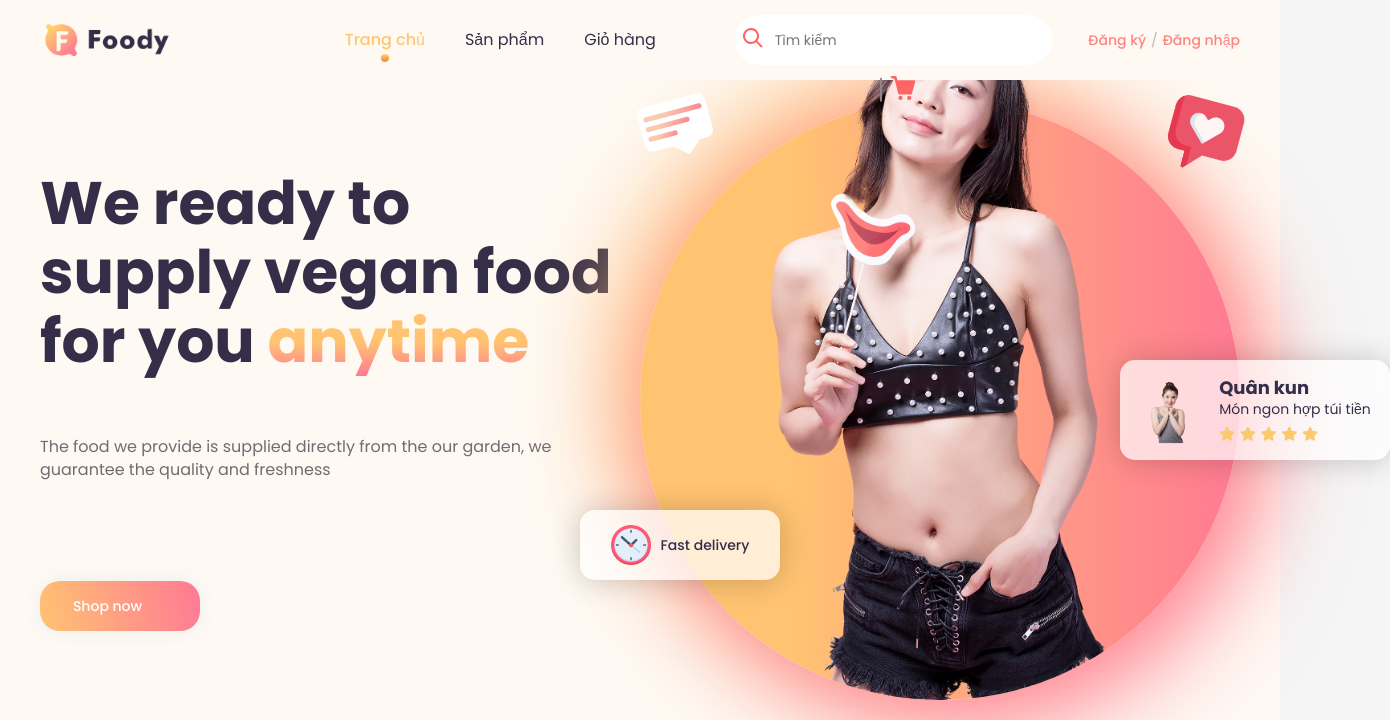
Repository: phamvuhung2710/react-ecommerce
Page: /
The author's editor kept a copy of each file at every save. The page is drawn from the files as they stood at one save, then again after the next save.
The browser window is 1280 px wide. The page is 1390 px wide, so the pictures cover 1390 px, including what lies to the right of the window. The pictures show the whole page.
The page's requests for data from a server got no answer. Some web libraries are served in a nearby version. The project was rebuilt for these pictures with package versions that can differ from the ones it lists, and the page was loaded fresh each time. No one was signed in, and anything a server would have sent is missing. Also part of the build but not shown: src/guard/AuthenticatedGuard.jsx, src/guard/UnauthenticatedGuard.jsx, src/layouts/CartLayout/CartLayout.jsx, src/layouts/RegisterLayout/RegisterLayout.jsx.

Above is the page before, as saved 2021-09-07 18:57:25.

After the next save:
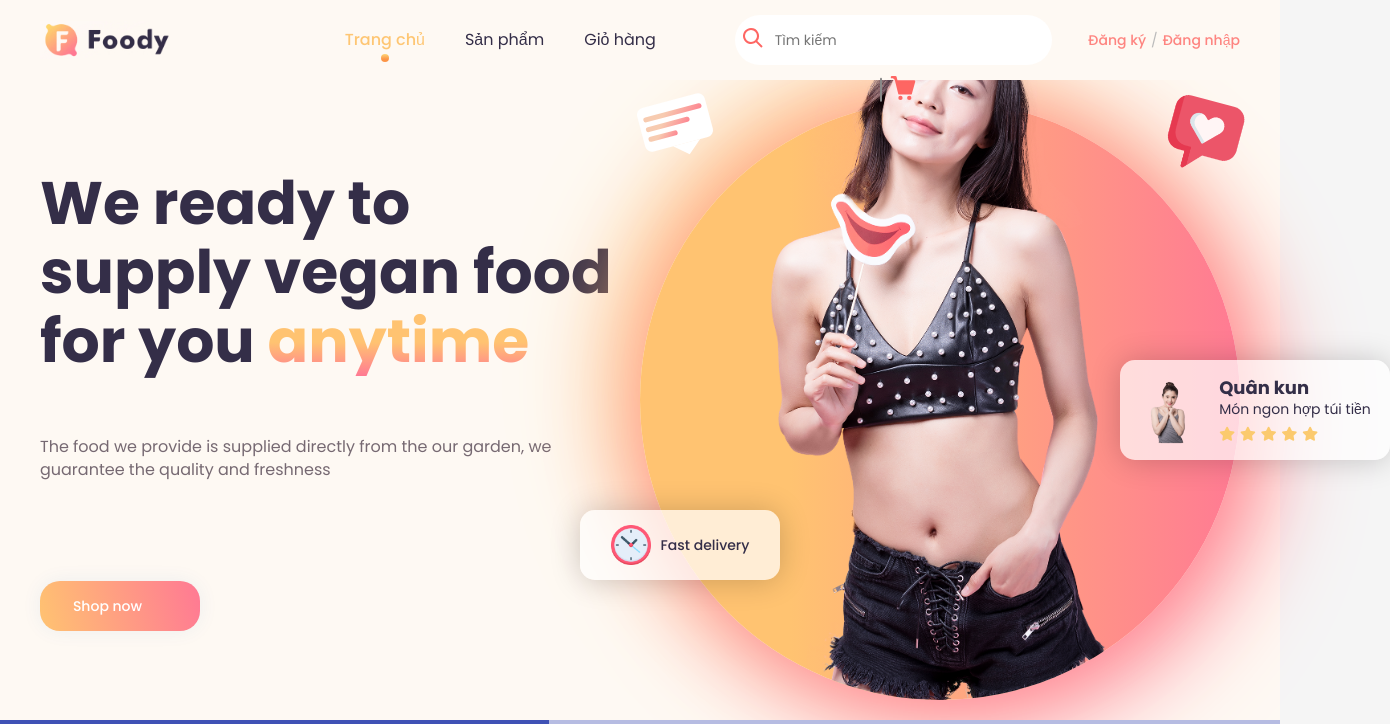
Saved 16 s later.
--- a/src/App.js
+++ b/src/App.js
@@ -6,12 +6,14 @@ import Routes from './Routes'
 import { ToastContainer } from 'react-toastify'
 import Authorization from './components/Authorization/Authorization'
 import Fallback from './components/Fallback/Fallback'
+import { LinearProgress } from '@material-ui/core'
 
 function App() {
   return (
     <div className="App">
       <Routes />
       <Fallback />
+      <LinearProgress />
       <ToastContainer />
       <Authorization />
     </div>
